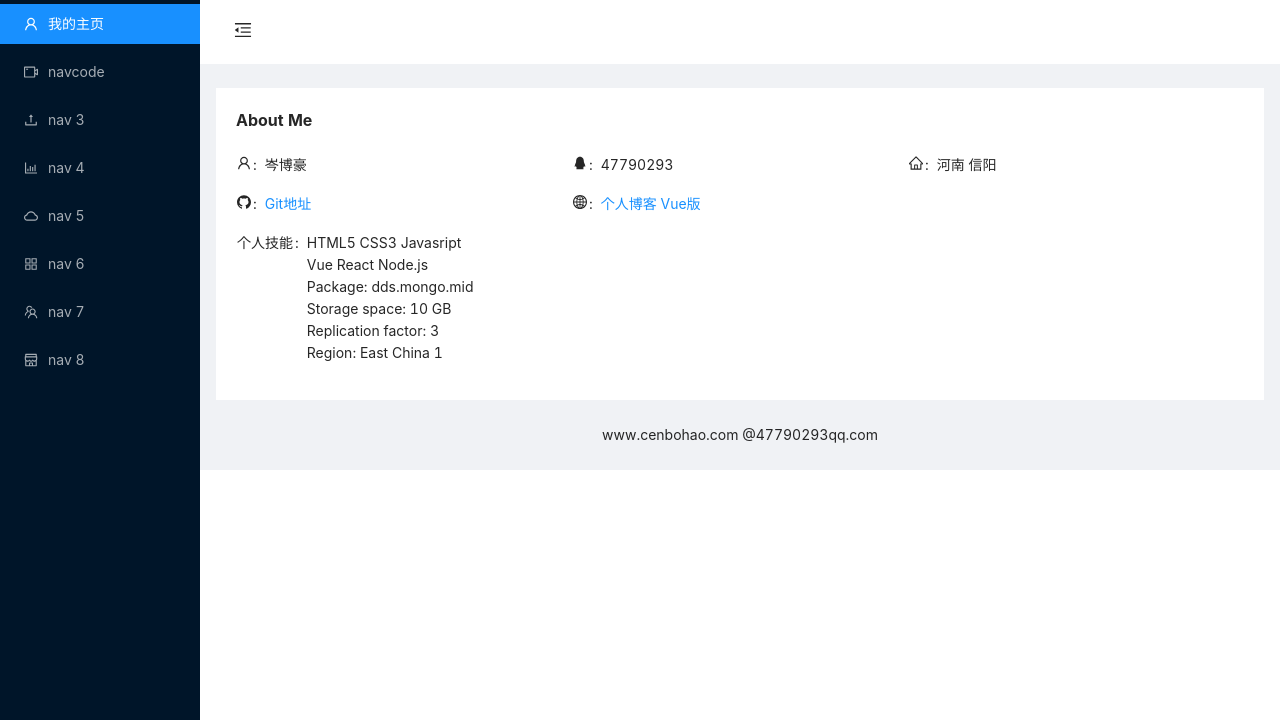
Repository: CBH20010703/bolgsweb
Page: /index (app in blogs/)
The author's editor kept a copy of each file at every save. The page is drawn from the files as they stood at one save, then again after the next save.
The browser window is 1280 px wide. The pictures show the whole page.
The project was rebuilt for these pictures with package versions that can differ from the ones it lists, and the page was loaded fresh each time. Also part of the build but not shown: blogs/src/view/Login/Login.jsx, blogs/src/component/Menu/MenuList.css, blogs/src/view/Home/Home.css, blogs/src/view/NavCode/NavCode.css, blogs/src/view/NavCode/NavCode.jsx, blogs/src/view/404/Error.jsx.

Above is the page before, as saved 2021-06-27 22:24:46.

### blogs/src/index.js
import React from 'react';
import ReactDOM from 'react-dom';
import './index.css';
import App from './App';
import { BrowserRouter} from 'react-router-dom'


ReactDOM.render(<BrowserRouter><App /></BrowserRouter>,document.getElementById('root'));

### blogs/src/App.js
import './App.css';
import { React, Component } from "react";

import  RouterMap from "./router/RouterMap"
export default class  App extends Component {
  constructor(props) {
    super(props);
    this.state = {  collapsed: false, }
  }
  toggle = (data) => {
     console.log(data)
    this.setState({
      collapsed: data,
    });
  };
  render() {
    return (
      <RouterMap/>
    );
  }
}

### blogs/src/router/RouterMap.js
import React from 'react'
import {  Route, Switch} from 'react-router-dom'
import Login from "../view/Login/Login"
import Context from '../view/context/context'
import Error from '../view/404/Error'
export default class RouterMap  extends React.Component {
    render() {
        return (


            <Switch>
                 <Route  path="/"  component={Context}/>
                <Route path="/login" component={Login} />

                    <Route path="*" component={Error} />

               </Switch>


        )
    }
}

### blogs/src/view/context/context.jsx

import { React, Component } from "react";
import Headers from '../../component/Header/Headers';
import MenuList from '../../component/Menu/MenuList';
import Footers from '../../component/Footer/Footers';

import { Layout } from 'antd';
import { Redirect, Route, Switch } from 'react-router-dom'
import Home from "../Home/Home.jsx";
import Navcode from "../NavCode/NavCode.jsx"
import Error from "../404/Error";
const { Content, Sider } = Layout;
export default class Context extends Component {
  constructor(props) {
    super(props);
    this.state = { collapsed: false, }
  }
  toggle = (data) => {
    console.log(data)
    this.setState({
      collapsed: data,
    });
  };
  render() {
    return (

      <Layout>
        <Sider trigger={null} collapsible collapsed={this.state.collapsed}
          style={{
            overflow: 'auto',
            height: '100vh',
            position: 'fixed',
            left: 0,
          }}
        >
          <MenuList />
        </Sider>
        <Layout className="site-layout" style={{ paddingLeft: this.state.collapsed ? "60px" : "200px", transition: "0.1s ease" }}>
          <Headers toggle={this.toggle} parent={this.state.collapsed}></Headers>
          <Content style={{ margin: '24px 16px 0', height: "auto", background: "#fff" }}>
            <Switch>
              <Route path="/index" component={Home} />
              <Route path="/NavCode" component={Navcode} />
              <Route path="*" component={Error} />
              <Redirect to="/index"></Redirect>
            </Switch>
          </Content>
          <Footers />
        </Layout>
      </Layout>


    );
  }
}

### blogs/src/component/Header/Headers.jsx
import React, { Component } from 'react'
import { Layout } from 'antd';


import {
  MenuUnfoldOutlined,
  MenuFoldOutlined,
} from '@ant-design/icons';
import "./Headers.css"
const { Header } = Layout;
export default class Headers extends Component {
    constructor(props) {
        super(props)
        this.state = {
            isShow:false
        }
    }
    Tab = () => {
        let { isShow } = this.state;
        this.setState({
            isShow:!isShow
        })
        this.props.toggle(!isShow);

    }
    render() {

        return (

                <Header className="site-layout-background" style={{ paddingLeft:"10px" }} >
                     {React.createElement(this.state.isShow ? MenuUnfoldOutlined : MenuFoldOutlined, {
              className: 'trigger',
                         onClick: this.Tab,

            })}
                </Header>

        )
    }
}

### blogs/src/component/Menu/MenuList.jsx
import React, { Component } from 'react'
import { Menu } from 'antd';
import {Link} from 'react-router-dom'
import "./MenuList.css"
import {
  AppstoreOutlined,
  BarChartOutlined,
  CloudOutlined,
  ShopOutlined,
  TeamOutlined,
  UserOutlined,
  UploadOutlined,
  VideoCameraOutlined,
} from '@ant-design/icons';
export default class MenuList extends Component {
  render() {
    return (

         <Menu theme="dark" mode="inline" defaultSelectedKeys={['1']}>
          <Menu.Item key="1"  icon={<UserOutlined />}>
          <Link to="/index"> 我的主页
            </Link>

          </Menu.Item>
          <Menu.Item key="2" icon={<VideoCameraOutlined />}>
          <Link to="/NavCode"> navcode
            </Link>

          </Menu.Item>
          <Menu.Item key="3" icon={<UploadOutlined />}>
            nav 3
          </Menu.Item>
          <Menu.Item key="4" icon={<BarChartOutlined />}>
            nav 4
          </Menu.Item>
          <Menu.Item key="5" icon={<CloudOutlined />}>
            nav 5
          </Menu.Item>
          <Menu.Item key="6" icon={<AppstoreOutlined />}>
            nav 6
          </Menu.Item>
          <Menu.Item key="7" icon={<TeamOutlined />}>
            nav 7
          </Menu.Item>
          <Menu.Item key="8" icon={<ShopOutlined />}>
            nav 8
          </Menu.Item>
        </Menu>
    )
  }
}

### blogs/src/component/Footer/Footers.jsx
import React, { Component } from 'react'
import { Layout } from 'antd';
const {  Footer } = Layout;
export default class Footers extends Component {
    render() {
        return (
            <div>
               <Footer style={{ textAlign: 'center' }}>www.cenbohao.com @47790293qq.com</Footer>
            </div>
        )
    }
}

### blogs/src/view/Home/Home.jsx
import React, { Component } from 'react'
import "./Home.css"
import { Descriptions } from 'antd';
import { UserOutlined, QqOutlined, HomeOutlined, GithubOutlined, GlobalOutlined } from '@ant-design/icons';
export default class Home extends Component {

    handleClick = e => {
        console.log('click ', e);
    };
    render() {
        return (

            <div style={{ padding: "20px" }}>
                <Descriptions title="About Me">
                    <Descriptions.Item label={<UserOutlined />}>岑博豪</Descriptions.Item>
                    <Descriptions.Item label={<QqOutlined />}>47790293</Descriptions.Item>
                    <Descriptions.Item label={<HomeOutlined />}>河南 信阳</Descriptions.Item>
                    <Descriptions.Item label={<GithubOutlined />}><a href="https://github.com/CBH20010703"  >Git地址</a></Descriptions.Item>
                    <Descriptions.Item label={<GlobalOutlined />} span={2}>
                        <a href="http://www.cenbohao.com/">个人博客 Vue版</a>
                    </Descriptions.Item>
                    <Descriptions.Item label="个人技能">
                        HTML5 CSS3 Javasript
                        <br />
                        Vue React Node.js
                        <br />
                        Package: dds.mongo.mid
                        <br />
                        Storage space: 10 GB
                        <br />
                        Replication factor: 3
                        <br />
                        Region: East China 1<br />
                    </Descriptions.Item>
                </Descriptions>
            </div>

        )
    }
}

### blogs/src/component/Header/Headers.css
.site-layout .site-layout-background {
    background: #fff;
}

 .trigger {
    padding: 0 24px;
    font-size: 18px;
    line-height: 64px;
    cursor: pointer;
    transition: color 0.3s;
}

 .trigger:hover {
    color: #1890ff;
}

Loaded but not shown: blogs/public/index.html (common file); blogs/src/index.css (common file); blogs/src/App.css (common file)

After the next save:
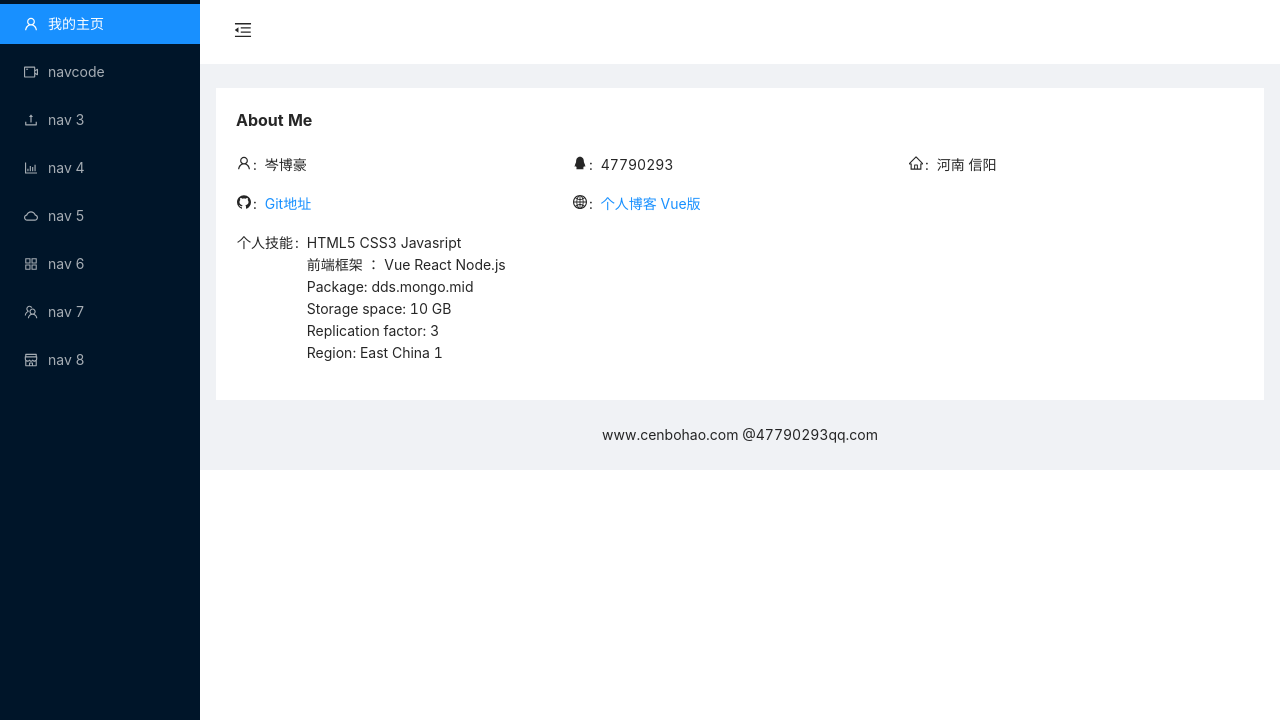
Saved 16 s later.
--- a/blogs/src/view/Home/Home.jsx
+++ b/blogs/src/view/Home/Home.jsx
@@ -22,7 +22,7 @@ export default class Home extends Component {
                     <Descriptions.Item label="个人技能">
                         HTML5 CSS3 Javasript
                         <br />
-                        Vue React Node.js
+                        前端框架 ： Vue React Node.js
                         <br />
                         Package: dds.mongo.mid
                         <br />
